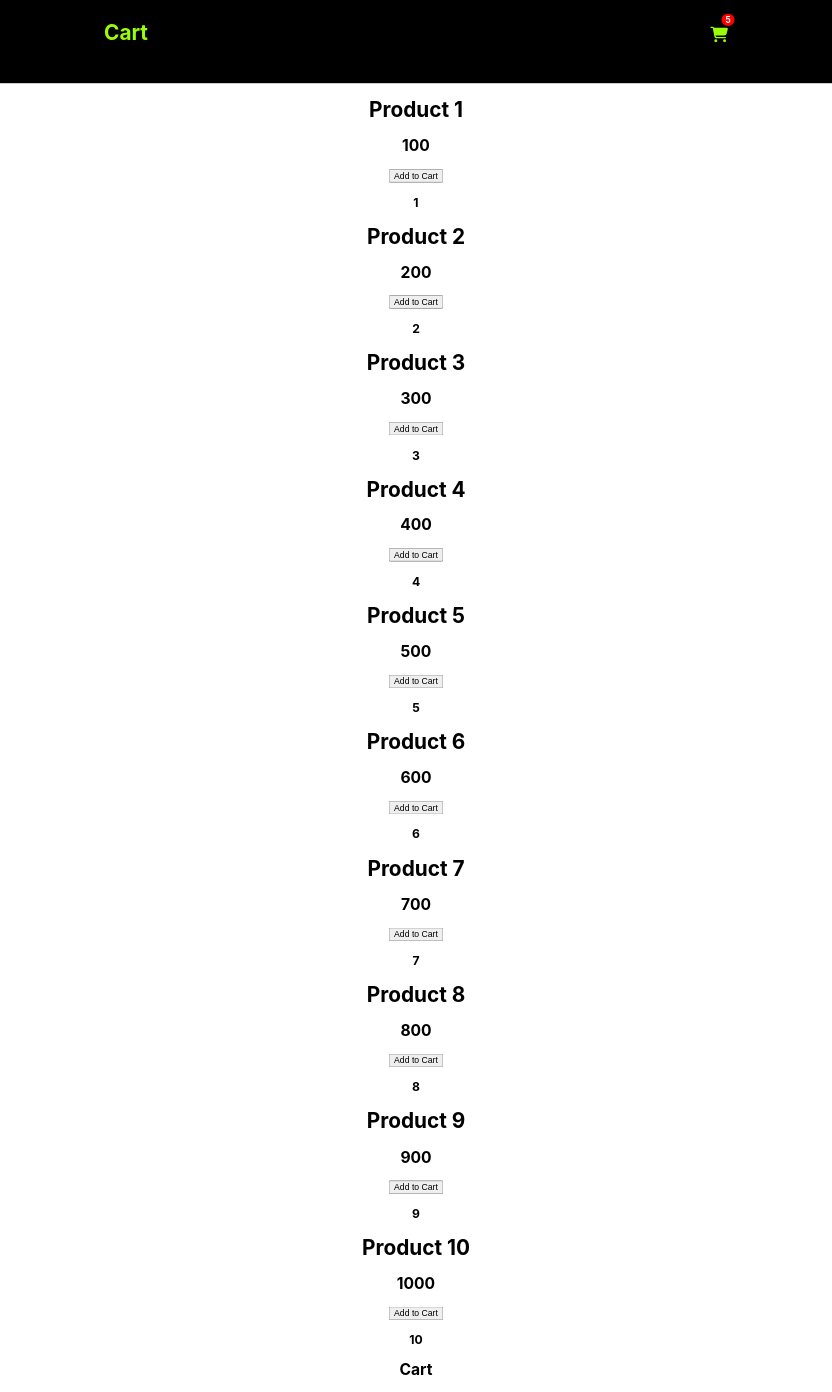
Repository: sriram1224/Cart-react-app
Page: /
An editor plug-in stored every save of this project. The page is shown before and after the next save, followed by the edit.
The browser window is 1280 px wide. The pictures show the whole page, at 65% of full size.
The project was rebuilt for these pictures with package versions that can differ from the ones it lists, and the page was loaded fresh each time.

Above is the page before, as saved 2024-03-12 15:34:34.

### src/App.js
import Nav from "./Components/Nav.js"
import './App.css';
import Cart from './Components/cart.js';
function App() {
  return (
    <div className="App">
      <Nav />
      <Cart />
    </div>
  );
}

export default App;

### src/Components/Nav.js
import { FontAwesomeIcon } from '@fortawesome/react-fontawesome';
import { faShoppingCart } from '@fortawesome/free-solid-svg-icons';
import './Navbar.css';
const cartCount = 5;
function Navbar() {
  return (
      <div className="nav-container">
      <div className="cart">
          <div className="heading">
              <h1>
              Cart
              </h1>
          </div>
      <h1>
        <div className="cart-icon-container">
          <FontAwesomeIcon icon={faShoppingCart} className="cart-icon" />
          {cartCount > 0 && (
            <span className="cart-count">{cartCount}</span>
          )}
        </div>

      </h1>
    </div>
      </div>
  );
}

export default Navbar;

### src/Components/cart.js
import React, { useState } from "react";
import { BiSolidUpArrow, BiSolidDownArrow } from "react-icons/bi";

function Cart() {
  const [cartItems, setCartItems] = useState([]);

  const products = [
     {
            id:"1",
            name:"Product 1",
            price: 100,
            Quantity: 1,

        },
        {
            id:"2",
            name:"Product 2",
            price: 200,
            Quantity: 2,

        },
        {
            id:"3",
            name:"Product 3",
            price: 300,
            Quantity: 3,

        },
        {
            id:"4",
            name:"Product 4",
            price: 400,
            Quantity: 4,

        },
        {
            id:"5",
            name:"Product 5",
            price: 500,
            Quantity: 5,

        },
        {
            id:"6",
            name:"Product 6",
            price: 600,
            Quantity: 6,

        },
        {
            id:"7",
            name:"Product 7",
            price: 700,
            Quantity: 7,

        },
        {
            id:"8",
            name:"Product 8",
            price: 800,
            Quantity: 8,

        },
        {
            id:"9",
            name:"Product 9",
            price: 900,
            Quantity: 9,

        },
        {
            id:"10",
            name:"Product 10",
            price: 1000,
            Quantity: 10,

        },
  ];

  const addToCart = (product) => {
    const existingItemIndex = cartItems.findIndex((item) => item.id === product.id);
    if (existingItemIndex !== -1) {
      const updatedCartItems = [...cartItems];
      updatedCartItems[existingItemIndex].Quantity++;
      setCartItems(updatedCartItems);
    } else {
      setCartItems([...cartItems, { ...product }]);
    }
  };

  return (
    <div>
      {products.map((product, index) => {
        return (
          <div key={index}>
            <h1>{product.name}</h1>
            <h2>{product.price}</h2>
            <button onClick={() => addToCart(product)}>
              Add to Cart
            </button>
            <h3>{product.Quantity}</h3>
            {/* Optional: Add increment and decrement buttons */}
            {/* <button><BiSolidUpArrow /></button>
            <button><BiSolidDownArrow /></button> */}
          </div>
        );
      })}
      <h2>Cart</h2>
      <ul>
        {cartItems.map((item, index) => (
          <li key={index}>
            {item.name} - Quantity: {item.Quantity}
          </li>
        ))}
      </ul>
    </div>
  );
}

export default Cart;

### src/Components/Navbar.css
.cart-icon-container {
    position: relative;
    display: inline-block;
}

.cart-icon {
    font-size: 1.5rem;
    color: rgb(152, 255, 7);
    /* Adjust the size as needed */
}

.cart-count {
    position: absolute;
    top: -10px;
    /* Adjust the vertical positioning */
    right: -10px;
    /* Adjust the horizontal positioning */
    background-color: red;
    color: white;
    border-radius: 50%;
    padding: 2px 6px;
    font-size: 0.8rem;
    /* Adjust the font size as needed */
}

.cart{
    display: flex;
    justify-content: space-between;
    margin: 0 10rem;
    align-items: center;
    padding-top: 10px;

}

.heading{
text-align: center;
color: rgb(152, 255, 7);
}

.nav-container{
    width: 100%;
    height: 8rem;
    background-color:rgb(0, 0, 0)
}

Loaded but not shown: public/index.html (common file); src/index.js (common file); src/index.css (common file); src/reportWebVitals.js (common file); src/App.css (common file)

After the next save:
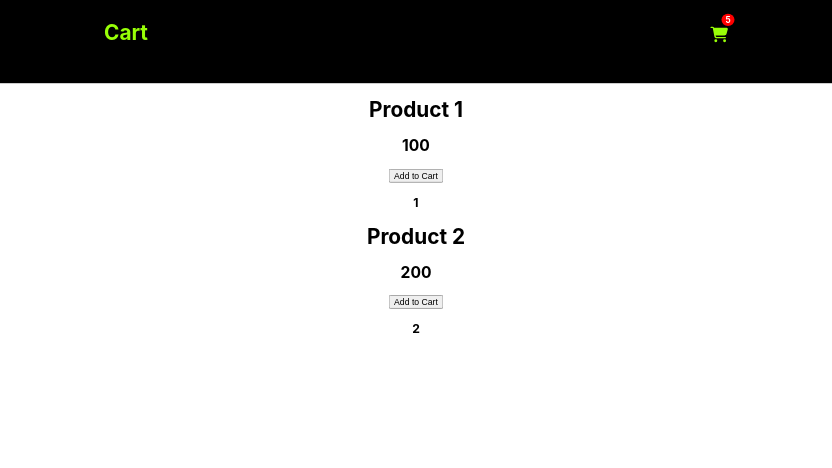
Saved 116 s later.
--- a/src/Components/cart.js
+++ b/src/Components/cart.js
@@ -1,80 +1,23 @@
-import React, { useState } from "react";
-import { BiSolidUpArrow, BiSolidDownArrow } from "react-icons/bi";
+import React, { useState } from 'react';
+import { BiSolidUpArrow, BiSolidDownArrow } from 'react-icons/bi';
 
-function Cart() {
+function Cart({ updateCartCount }) {
   const [cartItems, setCartItems] = useState([]);
 
   const products = [
-     {
-            id:"1",
-            name:"Product 1",
-            price: 100,
-            Quantity: 1,
-
-        },
-        {
-            id:"2",
-            name:"Product 2",
-            price: 200,
-            Quantity: 2,
-
-        },
-        {
-            id:"3",
-            name:"Product 3",
-            price: 300,
-            Quantity: 3,
-
-        },
-        {
-            id:"4",
-            name:"Product 4",
-            price: 400,
-            Quantity: 4,
-
-        },
-        {
-            id:"5",
-            name:"Product 5",
-            price: 500,
-            Quantity: 5,
-
-        },
-        {
-            id:"6",
-            name:"Product 6",
-            price: 600,
-            Quantity: 6,
-
-        },
-        {
-            id:"7",
-            name:"Product 7",
-            price: 700,
-            Quantity: 7,
-
-        },
-        {
-            id:"8",
-            name:"Product 8",
-            price: 800,
-            Quantity: 8,
-
-        },
-        {
-            id:"9",
-            name:"Product 9",
-            price: 900,
-            Quantity: 9,
-
-        },
-        {
-            id:"10",
-            name:"Product 10",
-            price: 1000,
-            Quantity: 10,
-
-        },
+    {
+      id: '1',
+      name: 'Product 1',
+      price: 100,
+      Quantity: 1,
+    },
+    {
+      id: '2',
+      name: 'Product 2',
+      price: 200,
+      Quantity: 2,
+    },
+    // Add more products here...
   ];
 
   const addToCart = (product) => {
@@ -86,6 +29,7 @@ function Cart() {
     } else {
       setCartItems([...cartItems, { ...product }]);
     }
+    updateCartCount(cartItems.length + 1); // Update cart count
   };
 
   return (
@@ -95,9 +39,7 @@ function Cart() {
           <div key={index}>
             <h1>{product.name}</h1>
             <h2>{product.price}</h2>
-            <button onClick={() => addToCart(product)}>
-              Add to Cart
-            </button>
+            <button onClick={() => addToCart(product)}>Add to Cart</button>
             <h3>{product.Quantity}</h3>
             {/* Optional: Add increment and decrement buttons */}
             {/* <button><BiSolidUpArrow /></button>
@@ -105,14 +47,6 @@ function Cart() {
           </div>
         );
       })}
-      <h2>Cart</h2>
-      <ul>
-        {cartItems.map((item, index) => (
-          <li key={index}>
-            {item.name} - Quantity: {item.Quantity}
-          </li>
-        ))}
-      </ul>
     </div>
   );
 }
